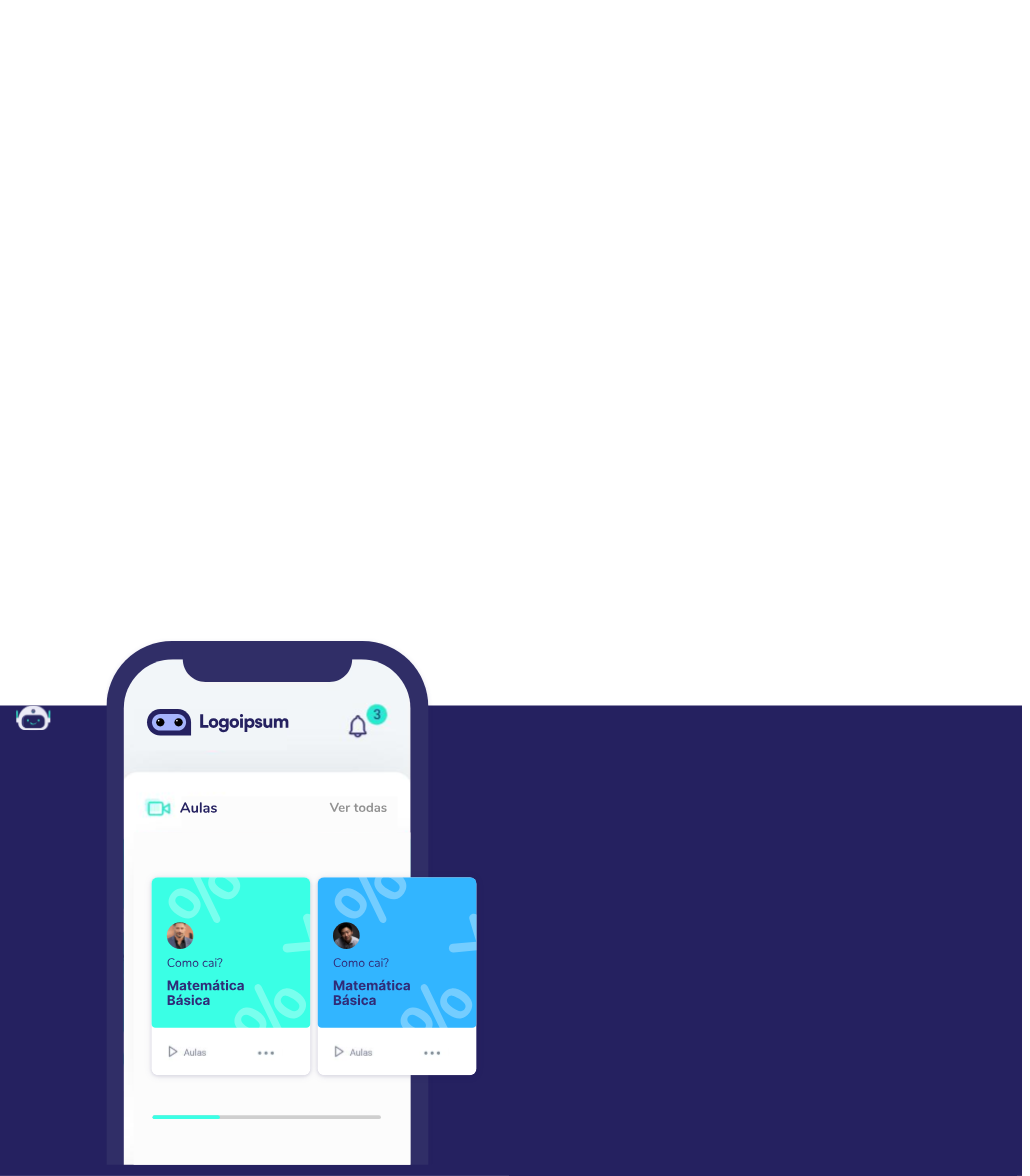
Repository: Williamlmachado/Desafio-Landing-page
Page: index.html
An editor plug-in stored every save of this project. The page is shown before and after the next save, followed by the edit.
The browser window is 1280 px wide. The page is 1472 px wide, so the pictures cover 1472 px, including what lies to the right of the window. The pictures show the part of the page from y = 3527 to 5207 px (the page is 5207 px tall), at 70% of full size.
Some icons come from a web library that is not loaded, so they are not drawn.

Above is the page before, as saved 2021-11-10 16:39:56.

After the next save:
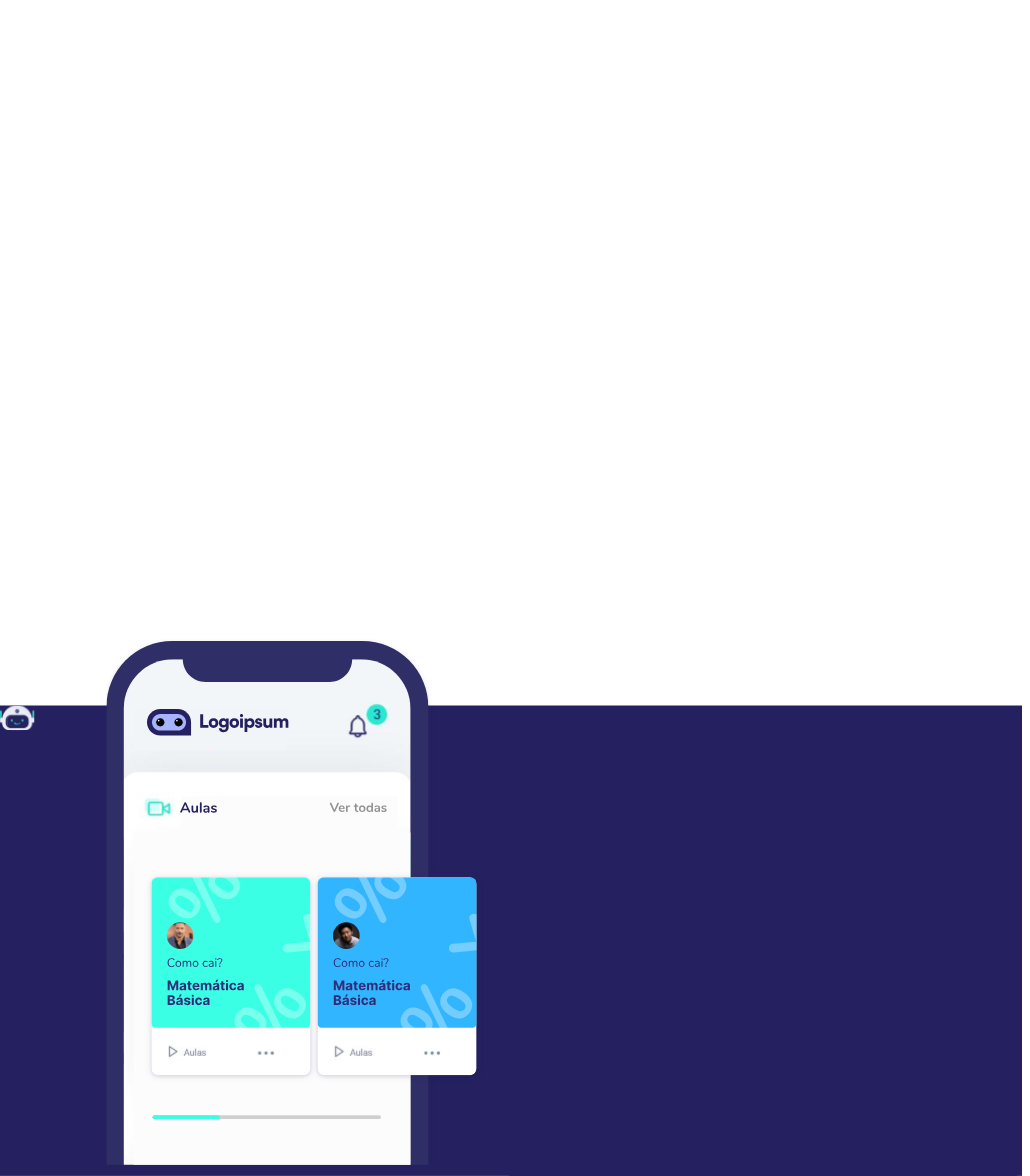
Saved 7 s later.
--- a/style.css
+++ b/style.css
@@ -466,5 +466,4 @@
 
     flex: none;
         flex-grow: 0;
-    margin: 0px 23px;
-}
+}
